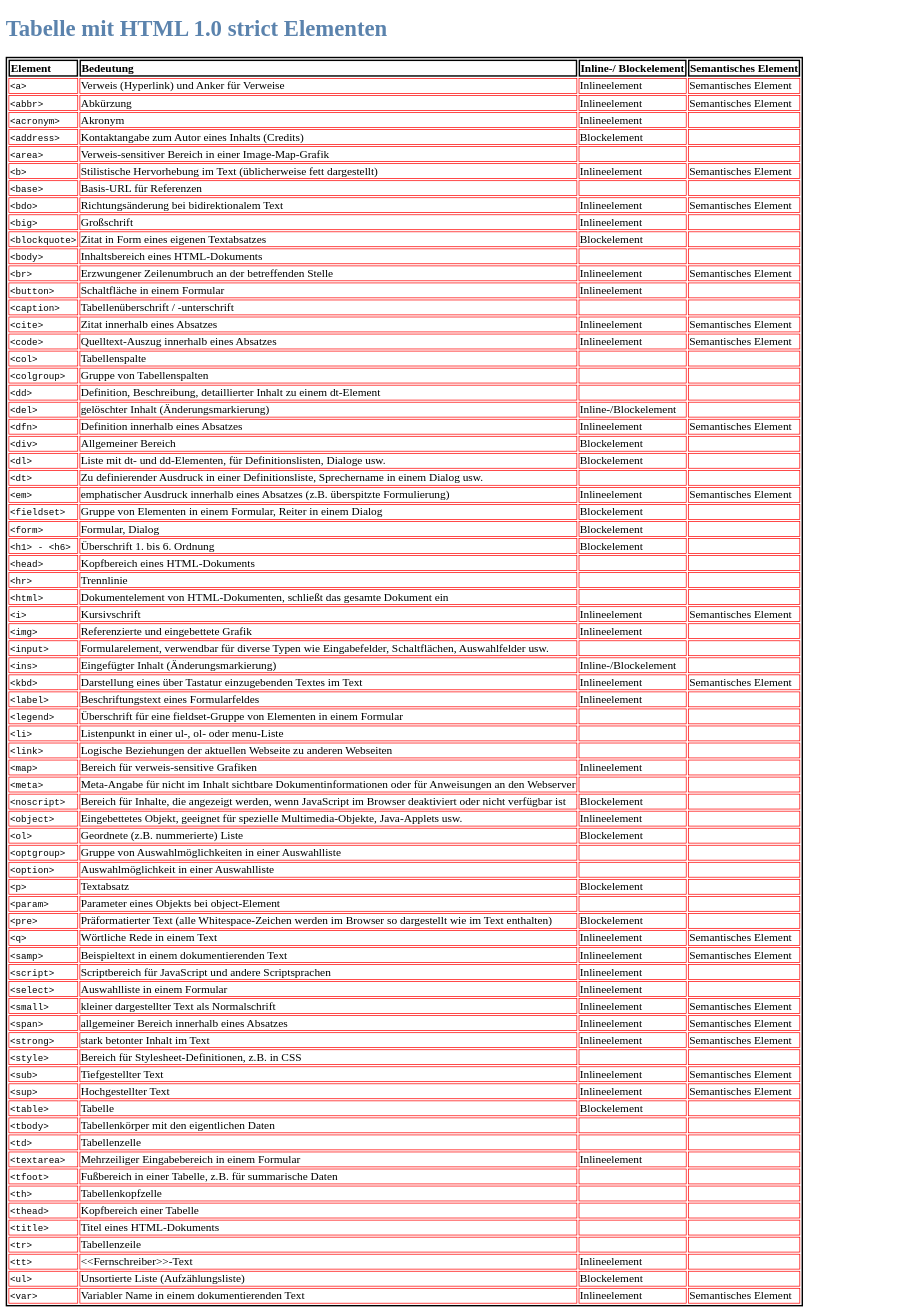
Repository: pLurchi/MyWebengineeringRepo
Page: RemoteSystemsTempFiles/HA-Kapitel06/WebContent/index.html
These files come from the project's save history. The page is drawn as it stood at one moment and after the next save; the edit follows.
The browser window is 1280 px wide. The pictures show the whole page, at 71% of full size.

Above is the page before, as saved 2013-11-28 19:11:18.

After the next save:
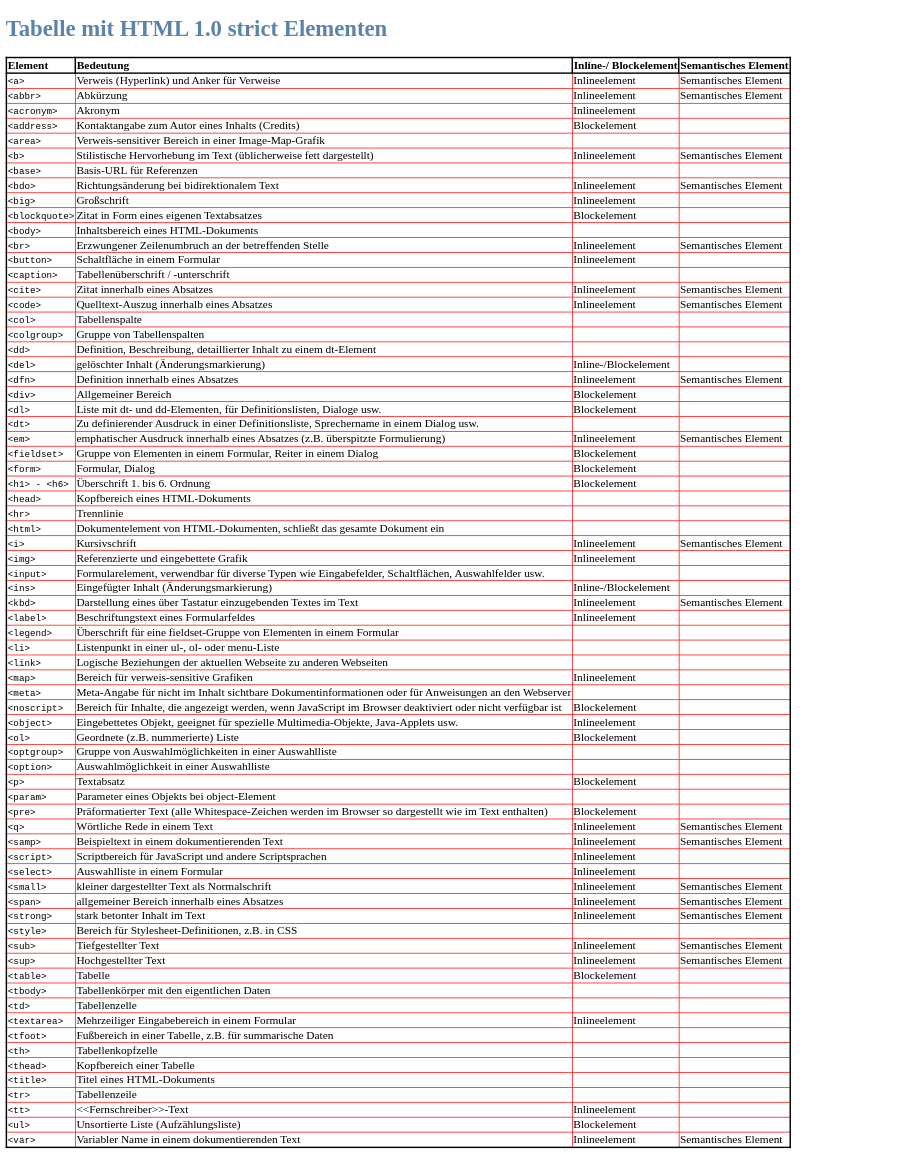
Saved 103 s later.
--- a/RemoteSystemsTempFiles/HA-Kapitel06/WebContent/CSS/stylesheet.css
+++ b/RemoteSystemsTempFiles/HA-Kapitel06/WebContent/CSS/stylesheet.css
@@ -10,6 +10,7 @@ h1 {
 
 table {
 	border: 2px solid black;
+	border-collapse:collapse;
 }
 
 th {
